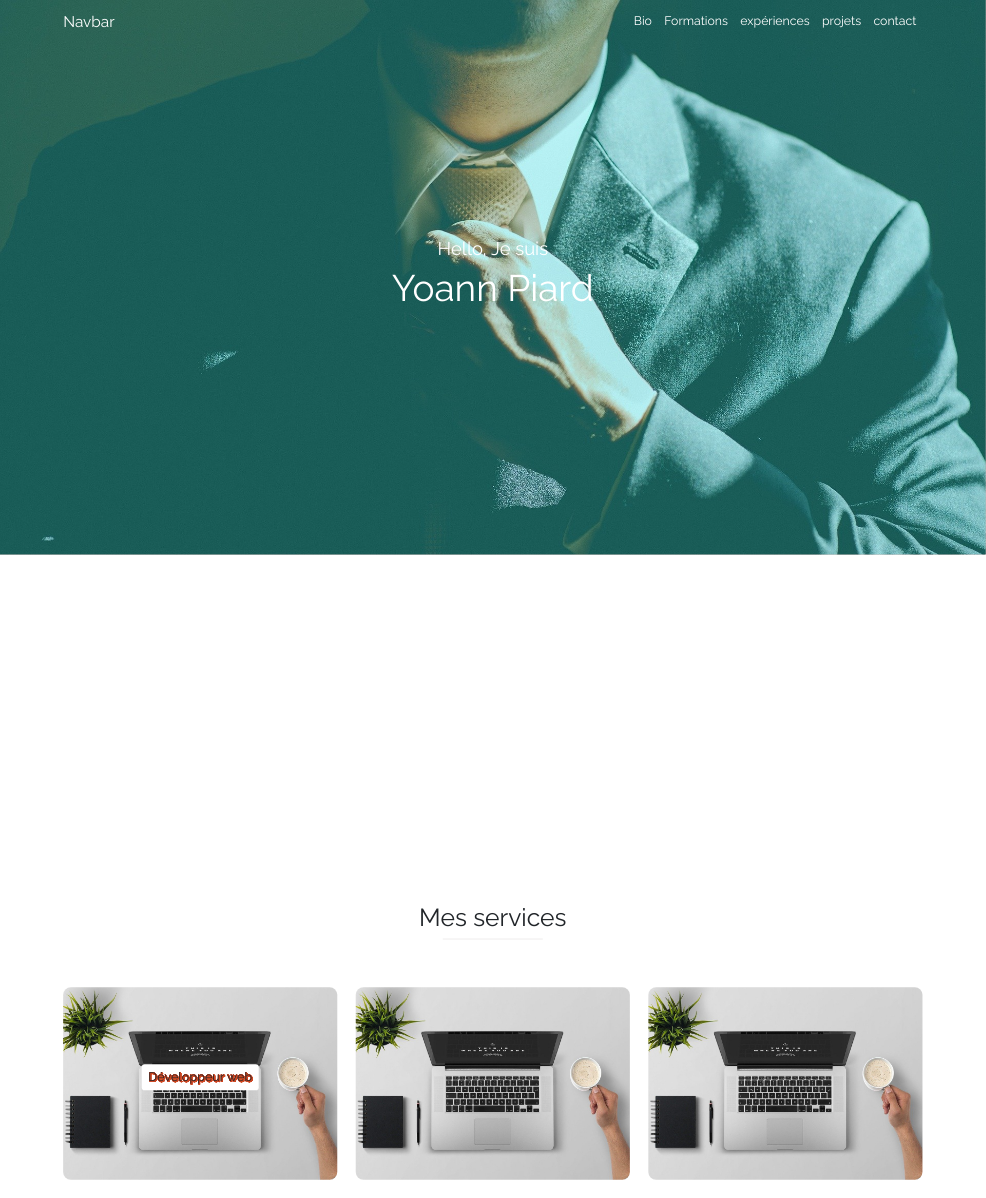
Repository: ypiard85/port-folio-bootstrap-yoann-2021
Page: index.html
These files come from the project's save history. The page is drawn as it stood at one moment and after the next save; the edit follows.
The browser window is 1280 px wide. The pictures show the whole page, at 77% of full size.

Above is the page before, as saved 2021-03-09 15:35:14.
Console error: TypeError: window.onload is not a function

### index.html
<!DOCTYPE html>
<html lang="en">
  <head>
    <meta charset="UTF-8" />
    <meta http-equiv="X-UA-Compatible" content="IE=edge" />
    <meta name="viewport" content="width=device-width, initial-scale=1.0" />
    <link rel="stylesheet" href="https://use.fontawesome.com/releases/v5.15.2/css/all.css" integrity="sha384-vSIIfh2YWi9wW0r9iZe7RJPrKwp6bG+s9QZMoITbCckVJqGCCRhc+ccxNcdpHuYu" crossorigin="anonymous">    <!-- CSS only -->
    <link rel="stylesheet" href="./resource/style.css" />
    <link
      href="https://cdn.jsdelivr.net/npm/bootstrap@5.0.0-beta2/dist/css/bootstrap.min.css"
      rel="stylesheet"
      integrity="sha384-BmbxuPwQa2lc/FVzBcNJ7UAyJxM6wuqIj61tLrc4wSX0szH/Ev+nYRRuWlolflfl"
      crossorigin="anonymous"
    />
    <title>Document</title>
  </head>
  <body>
    <nav class="navbar position-fixed w-100 navbar-expand-lg navbar-light">
      <div class="container">
        <a class="navbar-brand" href="#">Navbar</a>
        <button
          class="navbar-toggler"
          type="button"
          data-bs-toggle="collapse"
          data-bs-target="#navbarNav"
          aria-controls="navbarNav"
          aria-expanded="false"
          aria-label="Toggle navigation"
        >
          <span class="navbar-toggler-icon"></span>
        </button>
        <div class="collapse navbar-collapse" id="navbarNav">
          <ul class="navbar-nav">
            <li class="nav-item">
              <a class="nav-link active" aria-current="page" href="#bio">Bio</a>
            </li>
            <li class="nav-item">
              <a class="nav-link" href="#formation">Formations</a>
            </li>
            <li class="nav-item">
              <a class="nav-link" href="#experience">expériences</a>
            </li>
            <li class="nav-item">
              <a class="nav-link" href="#projet">projets</a>
            </li>
            <li class="nav-item">
              <a class="nav-link" href="#contact">contact</a>
            </li>
          </ul>
        </div>
      </div>
    </nav>

    <header
      class="container-fluid flex-column
          d-flex align-items-center justify-content-center"
    >
      <h4>Hello, Je suis</h4>
      <h1>Yoann Piard</h1>
    </header>

    <section class="about_me in container">
      <div class="about_card rounded shadow-lg">
        <div class="container">
          <div class="row">
            <div class="col-md-6  col-sm-12 p-3 p-sm-4 align-self-center">
              <h2 class="mb-4" >A propos de moi</h2>
              <p>
                Passionné par l'informatique depuis mon plus jeune âge, je me
                suis tout naturellement orienté vers dans le secteur du
                développement web et logiciel. Depuis 2019, je mets mon savoir
                auprès d'associations et entreprises, les aidant à augmenter
                leurs visibilités sur internet. Aujourd'hui, je cherche à
                intégrer une entreprise afin de travailler sur des projets
                concrets et de monter en compétence.
              </p>
              <ul class="d-flex">
                  <li><a href=""><i class="fab fa-instagram"></i></a></li>
                  <li><a href=""><i class="fab fa-linkedin-in"></i></a></li>
                  <li><a href=""><i class="fab fa-github"></i></a></li>
              </ul>
            </div>
            <div class="col-md-6 col-sm-12 p-3 p-sm-5 d-none d-md-block">
              <img class="img-fluid img-thumbnail" src="./resource/image/yoann_piard.png" alt="" />
            </div>
          </div>
        </div>
      </div>
    </section>

    <section class="my_work">
        <div class="container">
            <h2 class="ttile_section text-center mb-5">Mes services</h2>
            <div class="row pt-4 pb-4">
                <div class="col-md-4">
                    <div class="service_card" style="background-image: url('./resource/services/laptop-1209008_1280.jpg')">
                        <div class="service_btn"><p class="rounded">Développeur web</p></div>
                    </div>
                </div>
                <div class="col-md-4">
                    <div class="service_card" style="background-image: url('./resource/services/laptop-1209008_1280.jpg')"></div>

                </div>
                <div class="col-md-4">
                    <div class="service_card" style="background-image: url('./resource/services/laptop-1209008_1280.jpg')"></div>

                </div>
            </div>
        </div>
    </section>

    <!-- JavaScript Bundle with Popper -->
    <script
      src="https://cdn.jsdelivr.net/npm/bootstrap@5.0.0-beta2/dist/js/bootstrap.bundle.min.js"
      integrity="sha384-b5kHyXgcpbZJO/tY9Ul7kGkf1S0CWuKcCD38l8YkeH8z8QjE0GmW1gYU5S9FOnJ0"
      crossorigin="anonymous"
    ></script>
    <script src="https://unpkg.com/scrollreveal"></script>
    <script src="./resource/scrollreveal.js"></script>
    <script src="./resource/app.js"></script>
    <script>window.onload(scrollEffect()) </script>
  </body>
</html>

### resource/style.css
@import url('https://fonts.googleapis.com/css2?family=Raleway&display=swap');

*{
    transition: 0.3s;
}

body{
    font-family: 'Raleway', sans-serif!important;
}


.navbar-collapse{
    flex-grow: 0!important;
}

nav a{
    color: white!important;
}

header{
    height: 100vh;
    background: gray;
    background-image: linear-gradient(90deg, rgba(0,231,249,0.2780462526807598) 100%, rgba(0,4,24,0.4405112386751575) 74%), url('./image/about-section.jpg');
    background-repeat: no-repeat;
    background-size: cover;
    background-position: top center;
    color: white;
}

header h1{
    font-weight: normal;
    font-size: 3em;
}

.about_card{
    margin: auto;
    width: 900px;
    max-width: 100%;
    background-color: white;
}

.about_card a{
    font-family: Arial!important;
}

.about_me h2{
    font-weight: bold;
}

.about_card img{
    width: 100%;
    border-radius: 50%;
}

.about_card ul{
    list-style: none;
    padding: 0;
}

.about_card i{
    font-size: 1em;
    color: black;
}

.about_card{
    line-height: 2em;
}

.about_card li{
    margin-right: 10px;
}

.in{
    transform: translateY(-200px);
}

.ttile_section{
    position: relative;
}

.ttile_section::after{
    content: '';
    position: absolute;
    width: 130px;
    height: 1px;
    background-color: rgb(233, 231, 231);
    bottom: -10px;
    left:0;
    right: 0;
    margin: auto;
}

.service_card{
    height: 250px;
    background-position: center;
    background-size: cover;
    border-radius: 10px;
}

.service_btn{
    display: flex;
    justify-content: center;
    height: 100%;
    align-items: center;

    letter-spacing: .015em;
text-shadow: 0 0 0 #ce4a27,
.0025em .0025em 0 #ce4a27,
.005em .005em 0 #ce4a27,
.0075em .0075em 0 #ce4a27,
.01em .01em 0 #ce4a27,
.0125em .0125em 0 #ce4a27,
.015em .015em 0 #ce4a27,
.0175em .0175em 0 #ce4a27,
.02em .02em 0 #ce4a27,
.0225em .0225em 0 #ce4a27,
.025em .025em 0 #ce4a27,
.0275em .0275em 0 #ce4a27,
.03em .03em 0 #ce4a27,
.0325em .0325em 0 #ce4a27,
.035em .035em 0 #ce4a27,
.0375em .0375em 0 #ce4a27,
.04em .04em 0 #ce4a27,
.0425em .0425em 0 #ce4a27,
.045em .045em 0 #ce4a27,
.0475em .0475em 0 #ce4a27,
.05em .05em 0 #ce4a27,
.0525em .0525em 0 #ce4a27,
.055em .055em 0 #ce4a27,
.0575em .0575em 0 #ce4a27,
.06em .06em 0 #ce4a27,
.0625em .0625em 0 #ce4a27,
.065em .065em 0 #ce4a27,
.0675em .0675em 0 #ce4a27,
.07em .07em 0 #ce4a27,
.0725em .0725em 0 #ce4a27,
.075em .075em 0 #ce4a27,
.0775em .0775em 0 #ce4a27,
.08em .08em 0 #ce4a27,
.0825em .0825em 0 #ce4a27,
.085em .085em 0 #ce4a27,
.0875em .0875em 0 #ce4a27,
.09em .09em 0 #ce4a27,
.0925em .0925em 0 #ce4a27,
.095em .095em 0 #ce4a27,
.0975em .0975em 0 #ce4a27,
.1em .1em 0 #ce4a27
}

.service_btn p{
    background-color: white;
    padding: 5px 8px;
}

### resource/scrollreveal.js
function scrollEffect(){


    ScrollReveal().reveal('.about_me', {
        delay: 150,
        duration: 1000,
        reset: true,
        origin: 'bottom',
        distance: '30%'
    });

}

### resource/app.js
ScrollReveal().reveal('.about_me', {
    delay: 250,
    duration: 1000,
    reset: true,
    origin: 'bottom',
    distance: '20%'
});

After the next save:
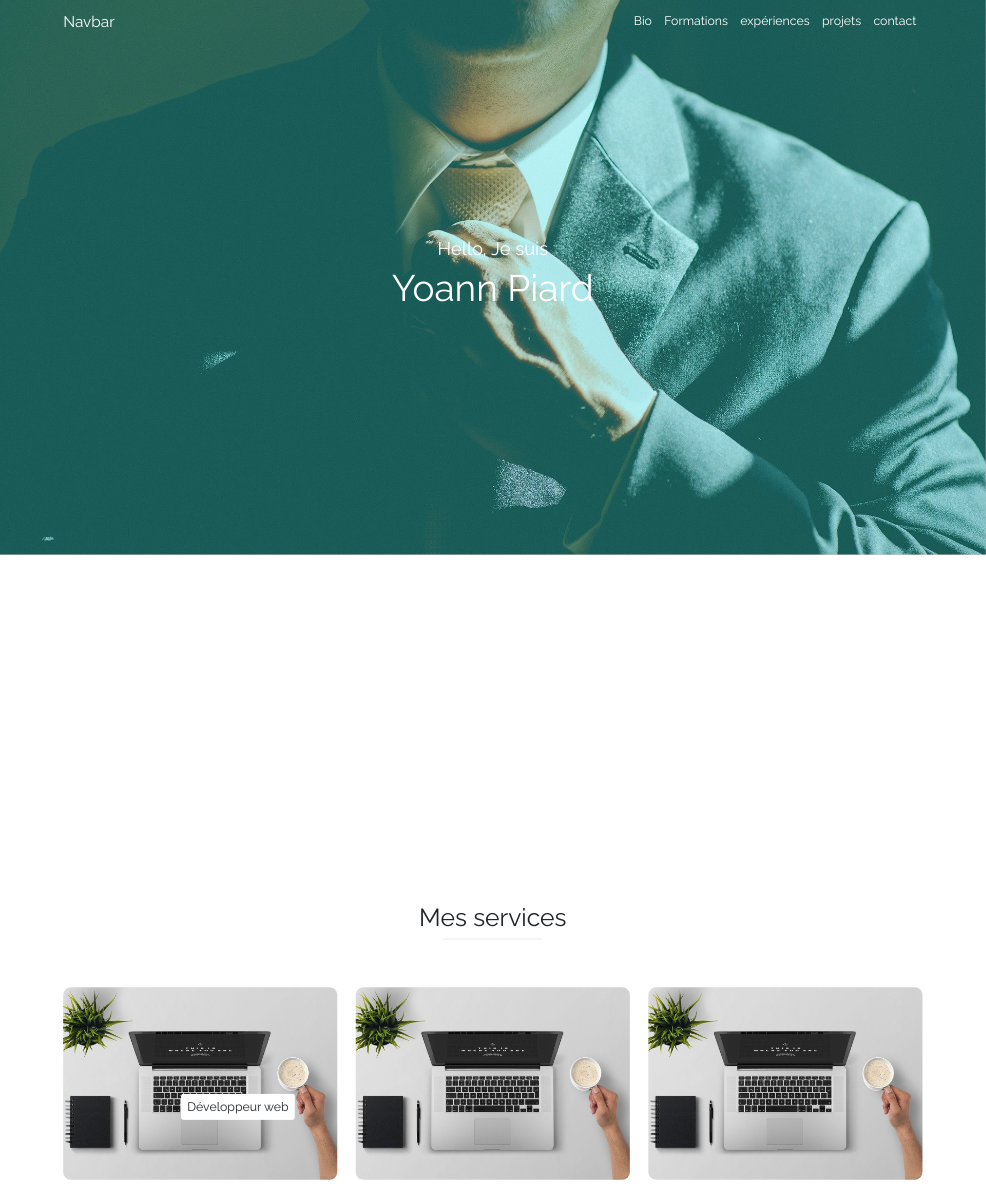
Saved 7 min 35 s later.
--- a/resource/style.css
+++ b/resource/style.css
@@ -103,51 +103,11 @@ header h1{
     height: 100%;
     align-items: center;
 
-    letter-spacing: .015em;
-text-shadow: 0 0 0 #ce4a27,
-.0025em .0025em 0 #ce4a27,
-.005em .005em 0 #ce4a27,
-.0075em .0075em 0 #ce4a27,
-.01em .01em 0 #ce4a27,
-.0125em .0125em 0 #ce4a27,
-.015em .015em 0 #ce4a27,
-.0175em .0175em 0 #ce4a27,
-.02em .02em 0 #ce4a27,
-.0225em .0225em 0 #ce4a27,
-.025em .025em 0 #ce4a27,
-.0275em .0275em 0 #ce4a27,
-.03em .03em 0 #ce4a27,
-.0325em .0325em 0 #ce4a27,
-.035em .035em 0 #ce4a27,
-.0375em .0375em 0 #ce4a27,
-.04em .04em 0 #ce4a27,
-.0425em .0425em 0 #ce4a27,
-.045em .045em 0 #ce4a27,
-.0475em .0475em 0 #ce4a27,
-.05em .05em 0 #ce4a27,
-.0525em .0525em 0 #ce4a27,
-.055em .055em 0 #ce4a27,
-.0575em .0575em 0 #ce4a27,
-.06em .06em 0 #ce4a27,
-.0625em .0625em 0 #ce4a27,
-.065em .065em 0 #ce4a27,
-.0675em .0675em 0 #ce4a27,
-.07em .07em 0 #ce4a27,
-.0725em .0725em 0 #ce4a27,
-.075em .075em 0 #ce4a27,
-.0775em .0775em 0 #ce4a27,
-.08em .08em 0 #ce4a27,
-.0825em .0825em 0 #ce4a27,
-.085em .085em 0 #ce4a27,
-.0875em .0875em 0 #ce4a27,
-.09em .09em 0 #ce4a27,
-.0925em .0925em 0 #ce4a27,
-.095em .095em 0 #ce4a27,
-.0975em .0975em 0 #ce4a27,
-.1em .1em 0 #ce4a27
+
 }
 
 .service_btn p{
     background-color: white;
     padding: 5px 8px;
+    transform: translate3d(5ch, 0.4in, 5em);
 }
